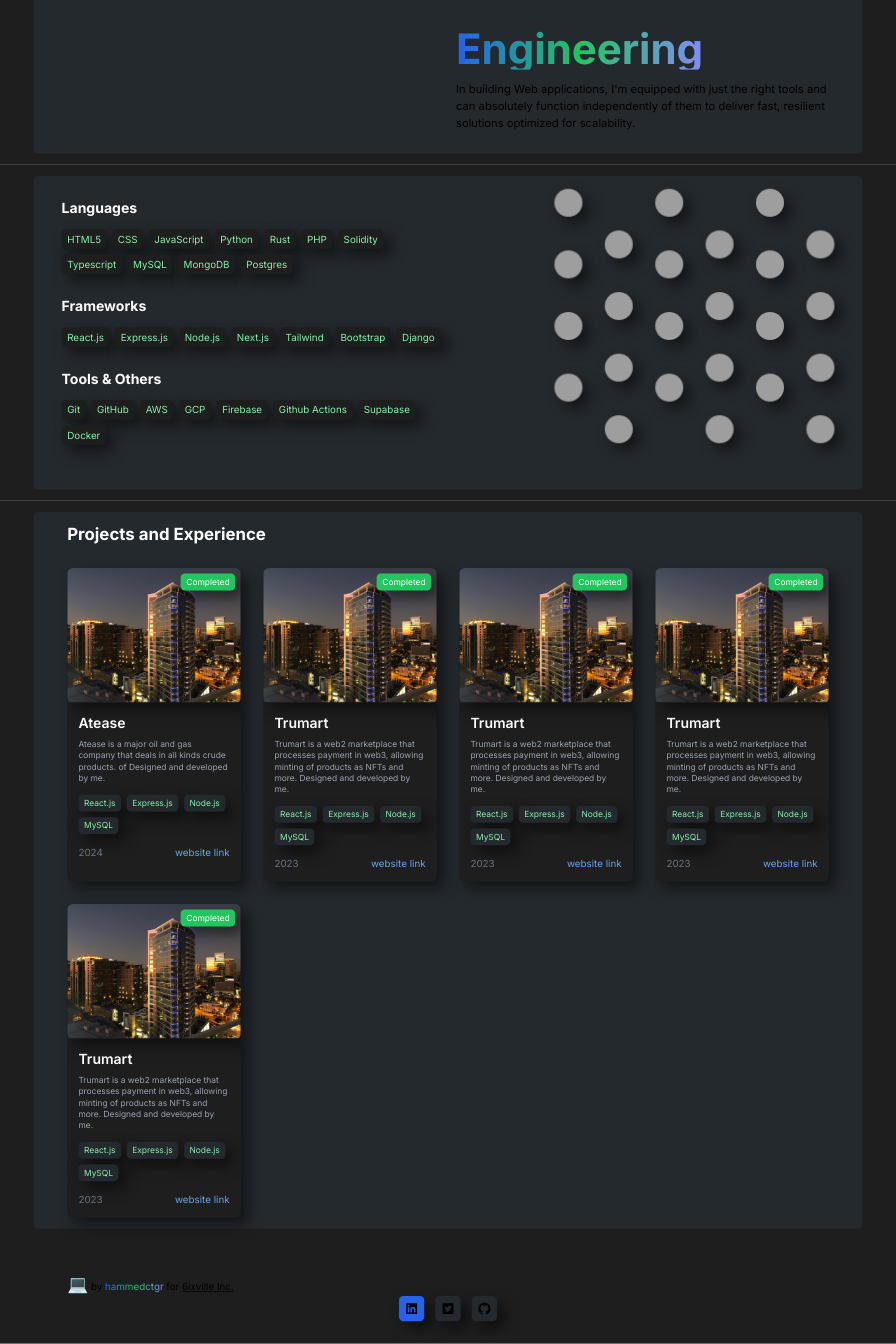
Repository: muhammedctgr/hammedctgr
Page: /
The author's editor kept a copy of each file at every save. The page is drawn from the files as they stood at one save, then again after the next save.
The browser window is 1280 px wide. The pictures show the part of the page from y = 808 to 2728 px (the page is 2728 px tall), at 70% of full size.
Pictures or frames that could not be fetched are drawn as grey boxes. The project was rebuilt for these pictures with package versions that can differ from the ones it lists, and the page was loaded fresh each time. The framework's server and built-in components were replaced by stand-ins that run in the browser. Also part of the build but not shown: next.config.mjs.

Above is the page before, as saved 2024-08-13 21:32:25.

After the next save:
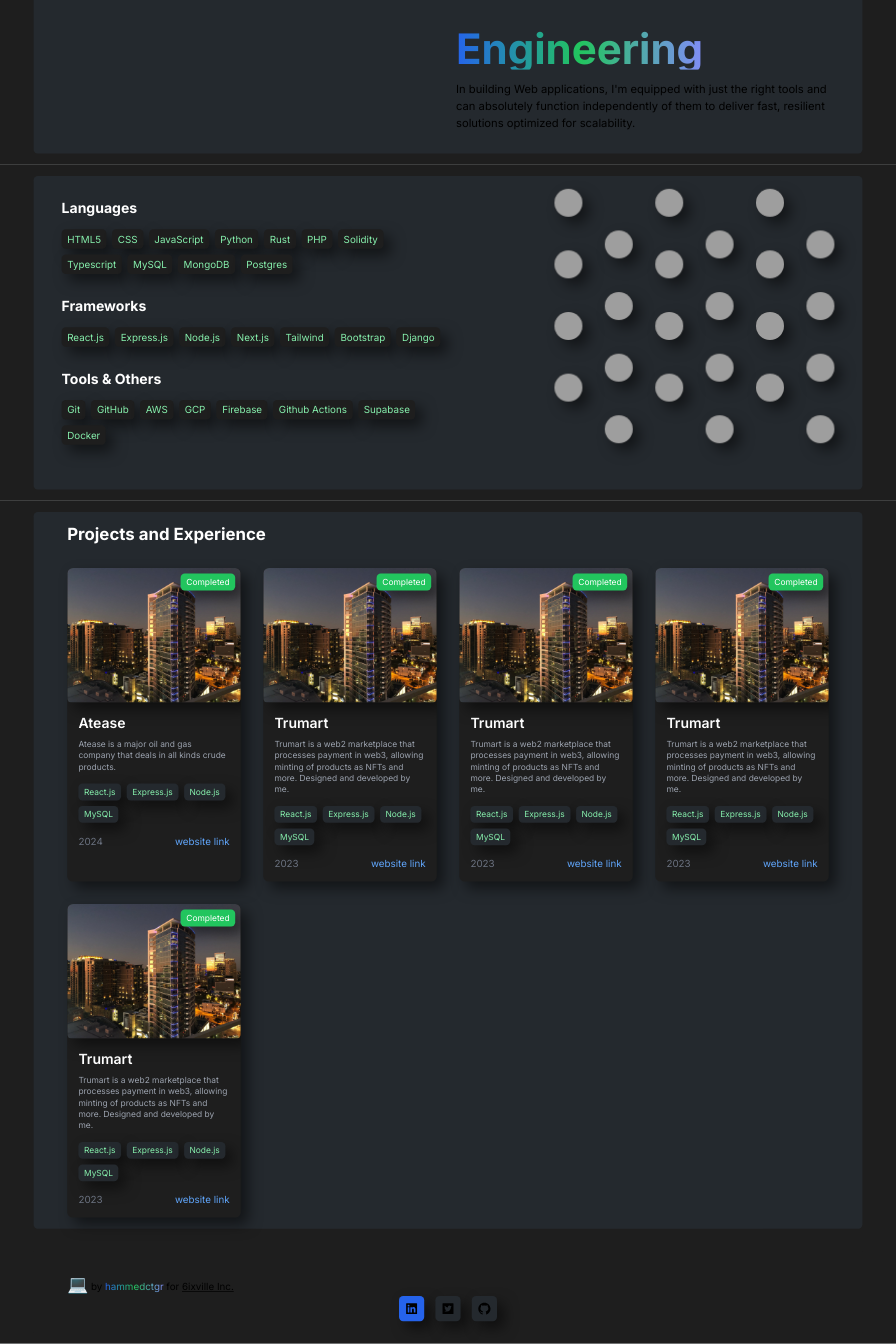
Saved 11 s later.
--- a/components/ProjectsSection.tsx
+++ b/components/ProjectsSection.tsx
@@ -13,7 +13,7 @@ interface Project {
 const projects: Project[] = [
   {
     title: "Atease",
-    description: "Atease is a major oil and gas company that deals in all kinds crude products. of Designed and developed by me.",
+    description: "Atease is a major oil and gas company that deals in all kinds crude products.",
     technologies: ["React.js", "Express.js", "Node.js", "MySQL"],
     date: "2024",
     status: "Completed",
